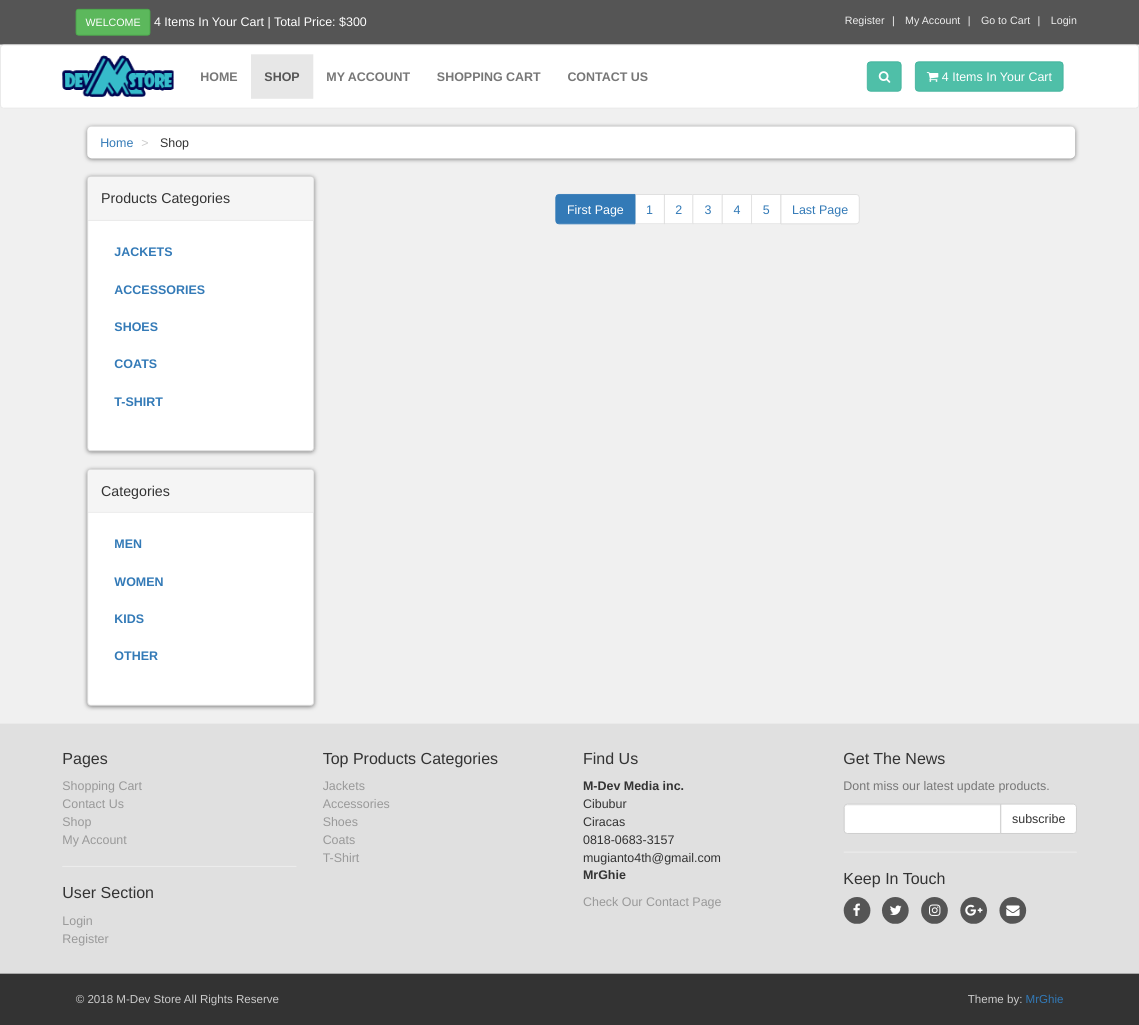
Repository: truonghuynhquy/M_Dev_Store
Page: http://localhost/shop.php?cat=1
An editor plug-in stored every save of this project. The page is shown before and after the next save, followed by the edit.
The browser window is 1280 px wide. The pictures show the whole page, at 89% of full size.
The page is run by PHP 8.4 with error messages shown; the project is at /var/www/html/. The database holds what the project's SQL file puts in it.

Above is the page before, as saved 2022-11-16 17:02:07.

### shop.php
<?php

$active = 'Shop';
include("includes/header.php");

?>

<div id="content">
    <!-- #content Begin -->

    <div class="container">
        <!-- container Begin -->

        <div class="col-md-12">
            <!-- col-md-12 Begin -->

            <ul class="breadcrumb">
                <!-- breadcrumb Begin -->

                <li>
                    <a href="index.php">Home</a>
                </li>
                <li>
                    Shop
                </li>

            </ul><!-- breadcrumb Finish -->

        </div><!-- col-md-12 Finish  -->

        <div class="col-md-3">
            <!-- col-md-3 Begin -->

            <?php

            include("includes/sidebar.php");
            ?>

        </div><!-- col-md-3 Finish -->

        <div class="col-md-9">
            <!-- col-md-9 Begin -->

            <?php

            if (!isset($_GET['p_cat'])) {

                if (!isset($_GET['cat'])) {

                    echo "

                            <div class='box'><!-- box Begin -->

                                <h1>Shop</h1>

                                <p>

                                Lorem ipsum dolor sit amet, consectetur adipisicing elit. Explicabo deleniti accusamus, consequuntur illum quasi ut. Voluptate a, ipsam repellendus ut fugiat minima? Id facilis itaque autem, officiis veritatis perferendis, quaerat!

                                </p>

                            </div>
                        ";
                }
            }

            ?>

            <div class="row">
                <!-- row Begin -->

                <?php

                if (!isset($_GET['p_cat'])) {

                    if (!isset($_GET['cat'])) {

                        $per_page = 6;

                        if (isset($_GET['page'])) {

                            $page = $_GET['page'];
                        } else {

                            $page = 1;
                        }

                        $start_from = ($page - 1) * $per_page;

                        $get_products = "select * from products order by 1 DESC LIMIT $start_from, $per_page";

                        $run_products = mysqli_query($con, $get_products);

                        while ($row_products = mysqli_fetch_array($run_products)) {

                            $pro_id = $row_products['product_id'];

                            $pro_title = $row_products['product_title'];

                            $pro_price = $row_products['product_price'];

                            $pro_img1 = $row_products['product_img1'];

                            echo "

                                    <div class='col-md-4 col-sm-6 center-responsive'>

                                        <div class='product'>

                                            <a href='details.php?pro_id=$pro_id'>

                                                <img class='img-responsive' src='admin_area/product_images/$pro_img1'>

                                            </a>

                                            <div class='text'>

                                                <h3>

                                                    <a href='details.php?pro_id=$pro_id'> $pro_title </a>

                                                </h3>

                                                <p class='price'>

                                                    $$pro_price

                                                </p>

                                                <p class='buttons'>

                                                    <a class='btn btn-default' href='details.php?pro_id=$pro_id'>

                                                        View Details

                                                    </a>

                                                    <a class='btn btn-primary' href='details.php?pro_id=$pro_id'>

                                                        <i class='fa fa-shopping-cart'></i> Add To Cart

                                                    </a>

                                                </p>

                                            </div>

                                        </div>

                                    </div>

                                ";
                        }
                    }
                }

                ?>

            </div><!-- row Finish  -->

            <center>

                <ul class="pagination">
                    <li class="active"><a href="#">First Page</a></li>
                    <li><a href="#">1</a></li>
                    <li><a href="#">2</a></li>
                    <li><a href="#">3</a></li>
                    <li><a href="#">4</a></li>
                    <li><a href="#">5</a></li>
                    <li><a href="#">Last Page</a></li>
                </ul>

            </center>

        </div><!-- col-md-9 Finish -->

    </div><!-- container Finish  -->

</div> <!-- #content Finish  -->

<?php

include("includes/footer.php");

?>

<script src="js/jquery-331.min.js"></script>
<script src="js/bootstrap-337.min.js"></script>


</body>

</html>

### includes/db.php
<?php

$con = mysqli_connect("localhost","root","","ecom_store");

?>

### functions/functions.php
<?php

$db = mysqli_connect("localhost", "root", "", "ecom_store");

/// begin getPro functions ///

function getPro()
{

    global $db;

    $get_products = "select * from products order by 1 DESC LIMIT 0,8";

    $run_products = mysqli_query($db, $get_products);

    while ($row_products = mysqli_fetch_array($run_products)) {

        $pro_id = $row_products['product_id'];

        $pro_title = $row_products['product_title'];

        $pro_price = $row_products['product_price'];

        $pro_img1 = $row_products['product_img1'];

        echo "

        <div class='col-md-4 col-sm-6 single'>

            <div class='product'>

                <a href='details.php?pro_id=$pro_id'>

                    <img class='img-responsive' src='admin_area/product_images/$pro_img1'>

                </a>

                <div class='text'>

                    <h3>

                        <a href='details.php?pro_id=$pro_id'>

                            $pro_title

                        </a>

                    </h3>

                    <p class='price'>

                        $ $pro_price

                    </p>

                    <p class='button'>

                        <a class='btn btn-default' href='details.php?pro_id=$pro_id'>

                            View Details

                        </a>

                        <a class='btn btn-primary' href='details.php?pro_id=$pro_id>

                            <i class='fa fa-shopping-cart></i> Add to Cart

                        </a>

                    </p>

                </div>

            </div>

        </div>

        ";
    }
}

/// finish getPro functions ///

/// begin getPCats functions ///

function getPCats()
{

    global $db;

    $get_p_cats = "select * from product_categories";

    $run_p_cats = mysqli_query($db, $get_p_cats);

    while ($row_p_cats = mysqli_fetch_array($run_p_cats)) {

        $p_cat_id = $row_p_cats['p_cat_id'];

        $p_cat_title = $row_p_cats['p_cat_title'];

        echo "

            <li>

                <a href='shop.php?p_cat=$p_cat_id'> $p_cat_title</a>

            </li>

        ";
    }
}

/// finish getPCats functions ///

/// begin getCats functions ///

function getCats()
{

    global $db;

    $get_cats = "select * from categories";

    $run_cats = mysqli_query($db, $get_cats);

    while ($row_cats = mysqli_fetch_array($run_cats)) {

        $cat_id = $row_cats['cat_id'];

        $cat_title = $row_cats['cat_title'];

        echo "

            <li>

                <a href='shop.php?p_cat=$cat_id'> $cat_title</a>

            </li>

        ";
    }
}

/// finish getCats functions ///

?>

### includes/sidebar.php
<div class="panel panel-default sidebar-menu">
    <!-- panel panel-default sidebar-menu Begin -->

    <div class="panel-heading">
        <!-- panel-heading Begin -->

        <h3 class="panel-title">Products Categories</h3>

    </div><!-- panel-heading Finish -->

    <div class="panel-body">
        <!-- panel-body Begin -->

        <ul class="nav nav-pills nav-stacked category-menu">
            <!-- nav nav-pills nav-stacked category-menu Begin -->

            <?php

            getPCats();

            ?>

        </ul><!-- nav nav-pills nav-stacked category-menu Finish -->

    </div><!-- panel-body Finish -->

</div><!-- panel panel-default sidebar-menu Finish -->

<div class="panel panel-default sidebar-menu">
    <!-- panel panel-default sidebar-menu Begin -->

    <div class="panel-heading">
        <!-- panel-heading Begin -->

        <h3 class="panel-title">Categories</h3>

    </div><!-- panel-heading Finish -->

    <div class="panel-body">
        <!-- panel-body Begin -->

        <ul class="nav nav-pills nav-stacked category-menu">
            <!-- nav nav-pills nav-stacked category-menu Begin -->

            <?php

            getCats();

            ?>

        </ul><!-- nav nav-pills nav-stacked category-menu Finish -->

    </div><!-- panel-body Finish -->

</div><!-- panel panel-default sidebar-menu Finish -->

### includes/footer.php
<div id="footer">
    <!-- #footer Begin -->
    <div class="container">
        <!-- container Begin -->
        <div class="row">
            <!-- row Begin -->
            <div class="col-sm-6 col-md-3">
                <!-- col-sm-6 col-md-3 Begin -->

                <h4>Pages</h4>

                <ul>
                    <!-- ul Begin -->
                    <li><a href="cart.php">Shopping Cart</a></li>
                    <li><a href="contact.php">Contact Us</a></li>
                    <li><a href="shop.php">Shop</a></li>
                    <li><a href="customer/my_account.php">My Account</a></li>
                </ul><!-- ul Finish -->

                <hr>

                <h4>User Section</h4>

                <ul>
                    <!-- ul Begin -->
                    <li><a href="checkout.php">Login</a></li>
                    <li><a href="customer_register.php">Register</a></li>
                </ul><!-- ul Finish -->

                <hr class="hidden-md hidden-lg hidden-sm">

            </div><!-- col-sm-6 col-md-3 Finish -->

            <div class="com-sm-6 col-md-3">
                <!-- col-sm-6 col-md-3 Begin -->

                <h4>Top Products Categories</h4>

                <ul>
                    <!-- ul Begin -->

                    <?php

                    $get_p_cats = "select * from product_categories";

                    $run_p_cats = mysqli_query($con, $get_p_cats);

                    while ($row_p_cats = mysqli_fetch_array($run_p_cats)) {

                        $p_cat_id = $row_p_cats['p_cat_id'];

                        $p_cat_title = $row_p_cats['p_cat_title'];

                        echo "

                                <li>

                                    <a href='shop.php?p_cat=$p_cat_id'>

                                        $p_cat_title

                                    </a>

                                </li>

                            ";
                    }

                    ?>

                </ul><!-- ul Finish -->

                <hr class="hidden-md hidden-lg">

            </div><!-- col-sm-6 col-md-3 Finish -->

            <div class="col-sm-6 col-md-3">
                <!-- col-sm-6 col-md-3 Begin -->

                <h4>Find Us</h4>

                <p>
                    <!-- p Start -->

                    <strong>M-Dev Media inc.</strong>
                    <br />Cibubur
                    <br />Ciracas
                    <br />0818-0683-3157
                    <br />mugianto4th@gmail.com
                    <br /><strong>MrGhie</strong>

                </p><!-- p Finish -->

                <a href="contact.php">Check Our Contact Page</a>

                <hr class="hidden-md hidden-lg">

            </div><!-- col-sm-6 col-md-3 Finish -->

            <div class="col-sm-6 col-md-3">

                <h4>Get The News</h4>

                <p class="text-muted">
                    Dont miss our latest update products.
                </p>

                <form action="https://feedburner.google.com/fb/a/mailverify" method="post" target="popupwindow" onsubmit="window.open('https://feedburner.google.com/fb/a/mailverify?uri=M-devMedia', 'popupwindow', 'scrollbars=yes,width=550,height=520');return true" method="post">
                    <!-- form begin -->
                    <div class="input-group">
                        <!-- input-group begin -->

                        <input type="text" class="form-control" name="email">

                        <input type="hidden" value="M-devMedia" name="uri" /><input type="hidden" name="loc" value="en_US" />

                        <span class="input-group-btn">
                            <!-- input-group-btn begin -->

                            <input type="submit" value="subscribe" class="btn btn-default">

                        </span><!-- input-group-btn Finish -->

                    </div><!-- input-group Finish -->
                </form><!-- form Finish -->

                <hr>

                <h4>Keep In Touch</h4>

                <p class="social">
                    <a href="#" class="fa fa-facebook"></a>
                    <a href="#" class="fa fa-twitter"></a>
                    <a href="#" class="fa fa-instagram"></a>
                    <a href="#" class="fa fa-google-plus"></a>
                    <a href="#" class="fa fa-envelope"></a>
                </p>

            </div>
        </div><!-- row Finish -->
    </div><!-- container Finish -->
</div><!-- #footer Finish -->


<div id="copyright">
    <!-- #copyright Begin -->
    <div class="container">
        <!-- container Begin -->
        <div class="col-md-6">
            <!-- col-md-6 Begin -->

            <p class="pull-left">&copy; 2018 M-Dev Store All Rights Reserve</p>

        </div><!-- col-md-6 Finish -->
        <div class="col-md-6">
            <!-- col-md-6 Begin -->

            <p class="pull-right">Theme by: <a href="#">MrGhie</a></p>

        </div><!-- col-md-6 Finish -->
    </div><!-- container Finish -->
</div><!-- #copyright Finish -->

### ecom_store.sql (the tables this page reads)
CREATE TABLE `categories` (
  `cat_id` int(10) NOT NULL,
  `cat_title` text NOT NULL,
  `cat_desc` text NOT NULL
) ENGINE=InnoDB DEFAULT CHARSET=utf8mb4;

INSERT INTO `categories` (`cat_id`, `cat_title`, `cat_desc`) VALUES
(1, 'Men', 'Lorem ipsum dolor sit amet, consectetur adipisicing elit. Velit rem eos illo tempora dicta possimus adipisci doloribus obcaecati odit officiis, sapiente eius excepturi harum voluptates nihil aut quo vero eveniet.'),
(2, 'Women', 'Lorem ipsum dolor sit amet, consectetur adipisicing elit. Velit rem eos illo tempora dicta possimus adipisci doloribus obcaecati odit officiis, sapiente eius excepturi harum voluptates nihil aut quo vero eveniet.'),
(3, 'Kids', 'Lorem ipsum dolor sit amet, consectetur adipisicing elit. Velit rem eos illo tempora dicta possimus adipisci doloribus obcaecati odit officiis, sapiente eius excepturi harum voluptates nihil aut quo vero eveniet.'),
(4, 'Other', 'Lorem ipsum dolor sit amet, consectetur adipisicing elit. Velit rem eos illo tempora dicta possimus adipisci doloribus obcaecati odit officiis, sapiente eius excepturi harum voluptates nihil aut quo vero eveniet.');

ALTER TABLE `categories`
  ADD PRIMARY KEY (`cat_id`);

ALTER TABLE `categories`
  MODIFY `cat_id` int(10) NOT NULL AUTO_INCREMENT, AUTO_INCREMENT=5;

CREATE TABLE `product_categories` (
  `p_cat_id` int(10) NOT NULL,
  `p_cat_title` text NOT NULL,
  `p_cat_desc` text NOT NULL
) ENGINE=InnoDB DEFAULT CHARSET=utf8mb4;

INSERT INTO `product_categories` (`p_cat_id`, `p_cat_title`, `p_cat_desc`) VALUES
(1, 'Jackets', 'Lorem ipsum dolor sit amet, consectetur adipisicing elit. Velit rem eos illo tempora dicta possimus adipisci doloribus obcaecati odit officiis, sapiente eius excepturi harum voluptates nihil aut quo vero eveniet.'),
(2, 'Accessories', 'Lorem ipsum dolor sit amet, consectetur adipisicing elit. Velit rem eos illo tempora dicta possimus adipisci doloribus obcaecati odit officiis, sapiente eius excepturi harum voluptates nihil aut quo vero eveniet.'),
(3, 'Shoes', 'Lorem ipsum dolor sit amet, consectetur adipisicing elit. Velit rem eos illo tempora dicta possimus adipisci doloribus obcaecati odit officiis, sapiente eius excepturi harum voluptates nihil aut quo vero eveniet.'),
(4, 'Coats', 'Lorem ipsum dolor sit amet, consectetur adipisicing elit. Velit rem eos illo tempora dicta possimus adipisci doloribus obcaecati odit officiis, sapiente eius excepturi harum voluptates nihil aut quo vero eveniet.'),
(5, 'T-Shirt', 'Lorem ipsum dolor sit amet, consectetur adipisicing elit. Velit rem eos illo tempora dicta possimus adipisci doloribus obcaecati odit officiis, sapiente eius excepturi harum voluptates nihil aut quo vero eveniet.');

ALTER TABLE `product_categories`
  ADD PRIMARY KEY (`p_cat_id`);

ALTER TABLE `product_categories`
  MODIFY `p_cat_id` int(10) NOT NULL AUTO_INCREMENT, AUTO_INCREMENT=6;

Loaded but not shown: styles/bootstrap-337.min.css (library); font-awsome/css/font-awesome.min.css (library); js/jquery-331.min.js (library); js/bootstrap-337.min.js (library); styles/style.css (391 lines, source omitted); includes/header.php (178 lines, source omitted)

After the next save:
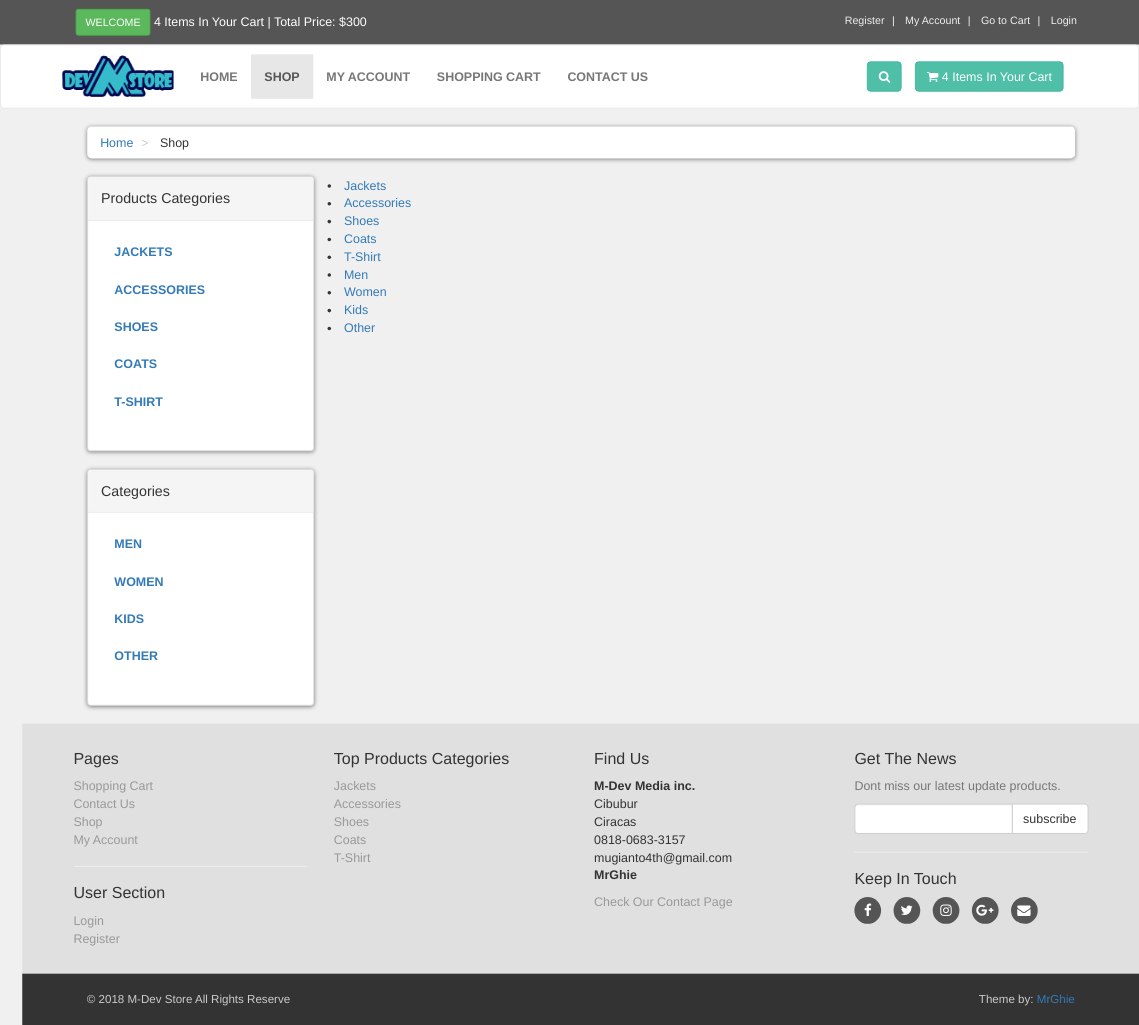
Saved 6 min 23 s later.
--- a/shop.php
+++ b/shop.php
@@ -7,26 +7,22 @@ include("includes/header.php");
 
 <div id="content">
     <!-- #content Begin -->
-
     <div class="container">
         <!-- container Begin -->
-
         <div class="col-md-12">
             <!-- col-md-12 Begin -->
 
             <ul class="breadcrumb">
                 <!-- breadcrumb Begin -->
-
                 <li>
                     <a href="index.php">Home</a>
                 </li>
                 <li>
                     Shop
                 </li>
-
             </ul><!-- breadcrumb Finish -->
 
-        </div><!-- col-md-12 Finish  -->
+        </div><!-- col-md-12 Finish -->
 
         <div class="col-md-3">
             <!-- col-md-3 Begin -->
@@ -34,6 +30,7 @@ include("includes/header.php");
             <?php
 
             include("includes/sidebar.php");
+
             ?>
 
         </div><!-- col-md-3 Finish -->
@@ -49,18 +46,14 @@ include("includes/header.php");
 
                     echo "
 
-                            <div class='box'><!-- box Begin -->
-
-                                <h1>Shop</h1>
-
-                                <p>
-
-                                Lorem ipsum dolor sit amet, consectetur adipisicing elit. Explicabo deleniti accusamus, consequuntur illum quasi ut. Voluptate a, ipsam repellendus ut fugiat minima? Id facilis itaque autem, officiis veritatis perferendis, quaerat!
-
-                                </p>
-
-                            </div>
-                        ";
+                       <div class='box'><!-- box Begin -->
+                           <h1>Shop</h1>
+                           <p>
+                               Lorem ipsum dolor sit amet, consectetur adipisicing elit. Explicabo deleniti accusamus, consequuntur illum quasi ut. Voluptate a, ipsam repellendus ut fugiat minima? Id facilis itaque autem, officiis veritatis perferendis, quaerat!
+                           </p>
+                       </div><!-- box Finish -->
+
+                       ";
                 }
             }
 
@@ -87,7 +80,7 @@ include("includes/header.php");
 
                         $start_from = ($page - 1) * $per_page;
 
-                        $get_products = "select * from products order by 1 DESC LIMIT $start_from, $per_page";
+                        $get_products = "select * from products order by 1 DESC LIMIT $start_from,$per_page";
 
                         $run_products = mysqli_query($con, $get_products);
 
@@ -151,32 +144,76 @@ include("includes/header.php");
 
                                 ";
                         }
+
+                ?>
+
+            </div><!-- row Finish -->
+
+            <center>
+                <ul class="pagination">
+                    <!-- pagination Begin -->
+            <?php
+
+                        $query = "select * from products";
+
+                        $result = mysqli_query($con, $query);
+
+                        $total_records = mysqli_num_rows($result);
+
+                        $total_pages = ceil($total_records / $per_page);
+
+                        echo "
+
+                            <li>
+
+                                <a href='shop.php?page=1'> " . 'First Page' . " </a>
+
+                            </li>
+
+                        ";
+
+                        for ($i = 1; $i <= $total_pages; $i++) {
+
+                            echo "
+
+                            <li>
+
+                                <a href='shop.php?page=" . $i . "'> " . $i . " </a>
+
+                            </li>
+
+                        ";
+                        };
+
+                        echo "
+
+                            <li>
+
+                                <a href='shop.php?page=$total_pages'> " . 'Last Page' . " </a>
+
+                            </li>
+
+                        ";
                     }
                 }
 
-                ?>
-
-            </div><!-- row Finish  -->
-
-            <center>
-
-                <ul class="pagination">
-                    <li class="active"><a href="#">First Page</a></li>
-                    <li><a href="#">1</a></li>
-                    <li><a href="#">2</a></li>
-                    <li><a href="#">3</a></li>
-                    <li><a href="#">4</a></li>
-                    <li><a href="#">5</a></li>
-                    <li><a href="#">Last Page</a></li>
-                </ul>
-
+            ?>
+
+                </ul><!-- pagination Finish -->
             </center>
 
+            <?php
+
+            getPCats();
+
+            getCats();
+
+            ?>
+
         </div><!-- col-md-9 Finish -->
 
-    </div><!-- container Finish  -->
-
-</div> <!-- #content Finish  -->
+    </div><!-- container Finish -->
+</div><!-- #content Finish -->
 
 <?php
 
